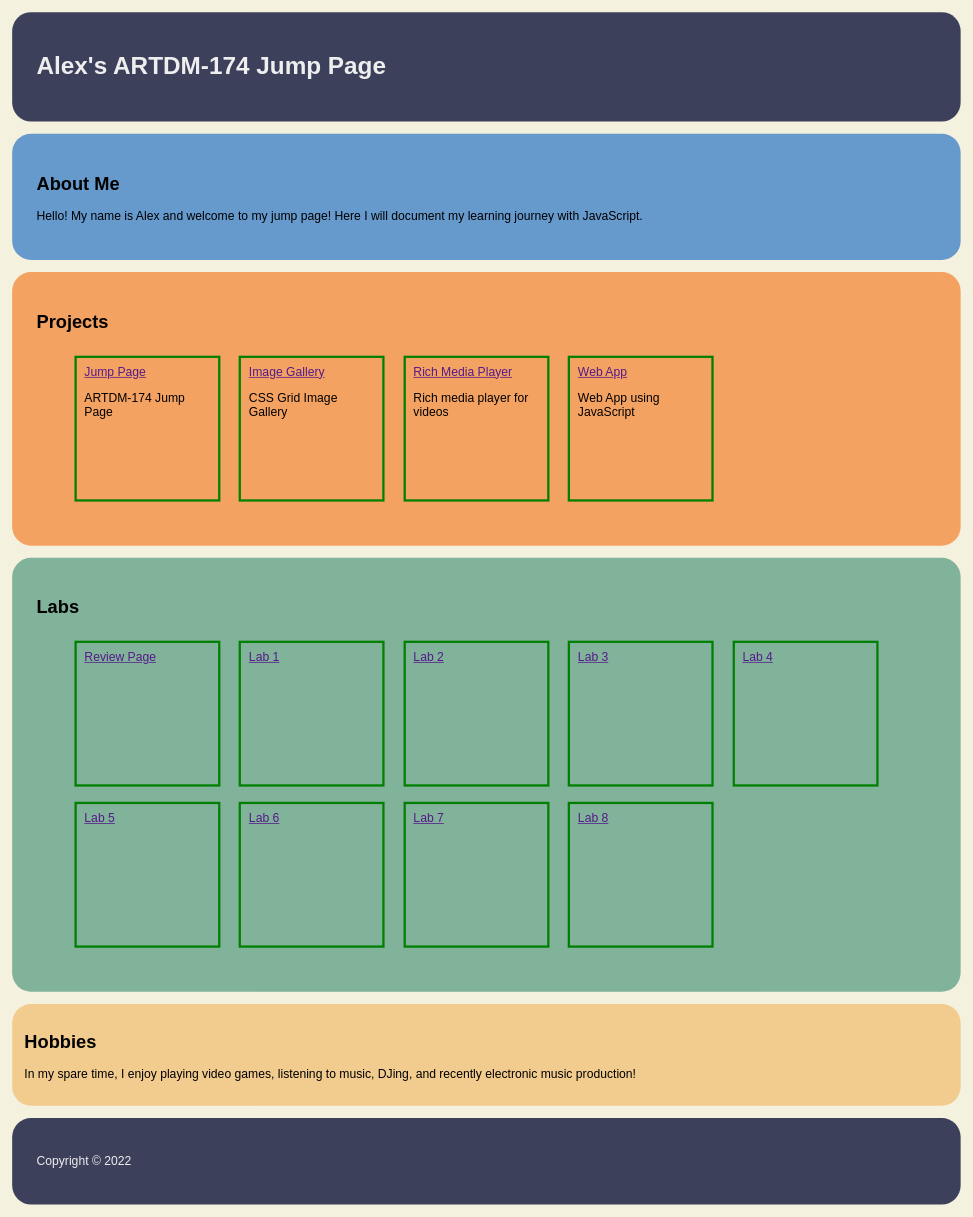
Repository: alexmaddux99/Jump-Page
Page: index.html
The author's editor kept a copy of each file at every save. The page is drawn from the files as they stood at one save, then again after the next save.
The browser window is 1280 px wide. The pictures show the whole page, at 76% of full size.
Some web fonts or font styles are not loaded; a fallback is used.

Above is the page before, as saved 2022-02-08 11:23:14.

After the next save:
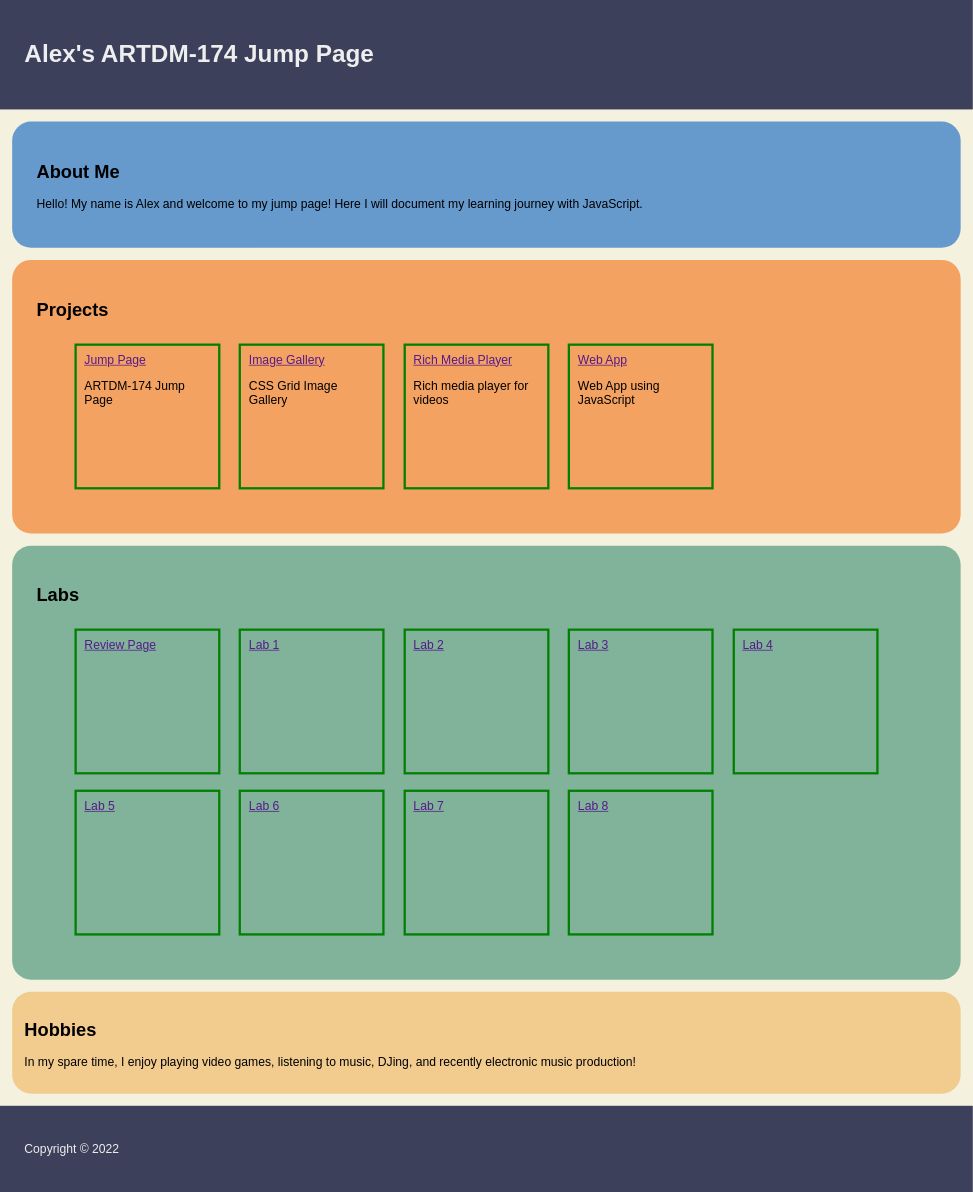
Saved 6 days later.
--- a/css/main.css
+++ b/css/main.css
@@ -40,8 +40,7 @@
     background: #3d405b;
     color: #eee;
     padding: 2rem;
-    margin: 1rem;
-    border-radius: 25px;
+
   }
 
 
